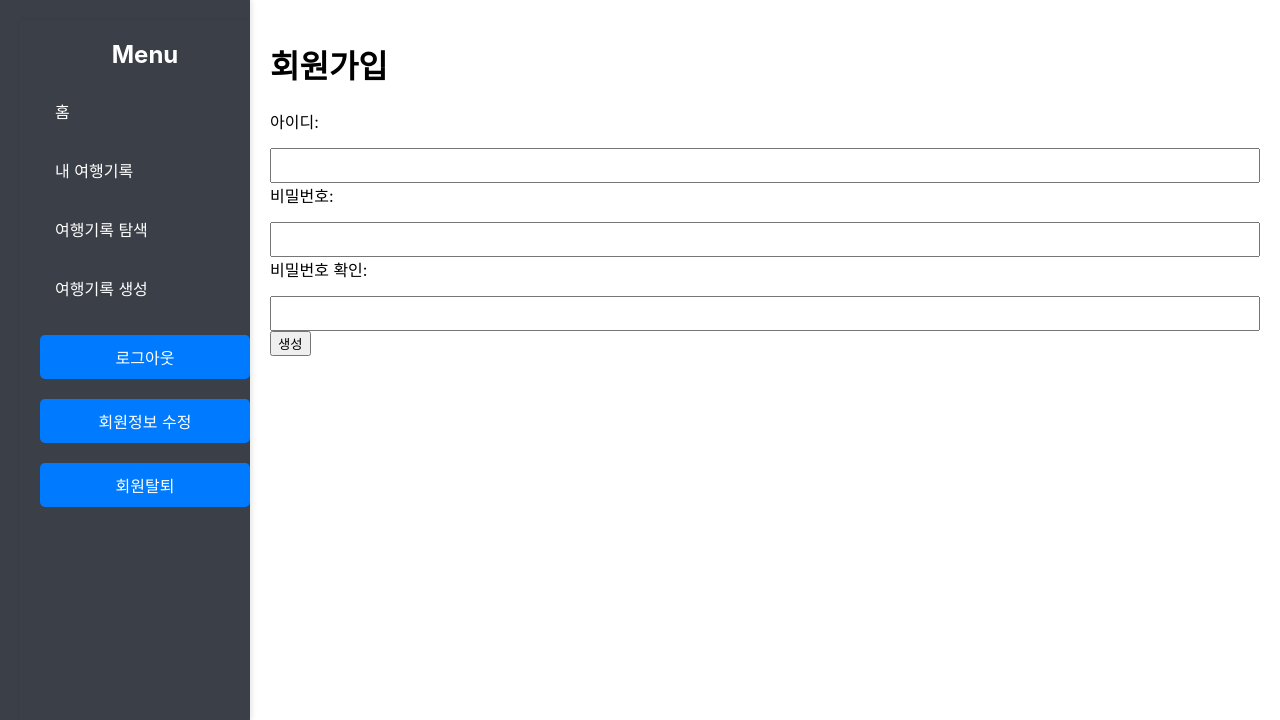
Repository: gimm5550/frontend2
Page: /register
These files come from the project's save history. The page is drawn as it stood at one moment and after the next save; the edit follows.
The browser window is 1280 px wide. The pictures show the whole page.
The project was rebuilt for these pictures with package versions that can differ from the ones it lists, and the page was loaded fresh each time. Also part of the build but not shown: src/url.js, src/components/common/KakaoLoginButton.js, src/components/FromServer.js, src/components/common/Footer.js, src/components/common/Header.js, src/components/layout/LandingPageLayout.js, src/components/LoginForm.js, src/components/layout/LoginFormLayout.js and 22 more.

Above is the page before, as saved 2024-11-20 17:38:05.

After the next save:
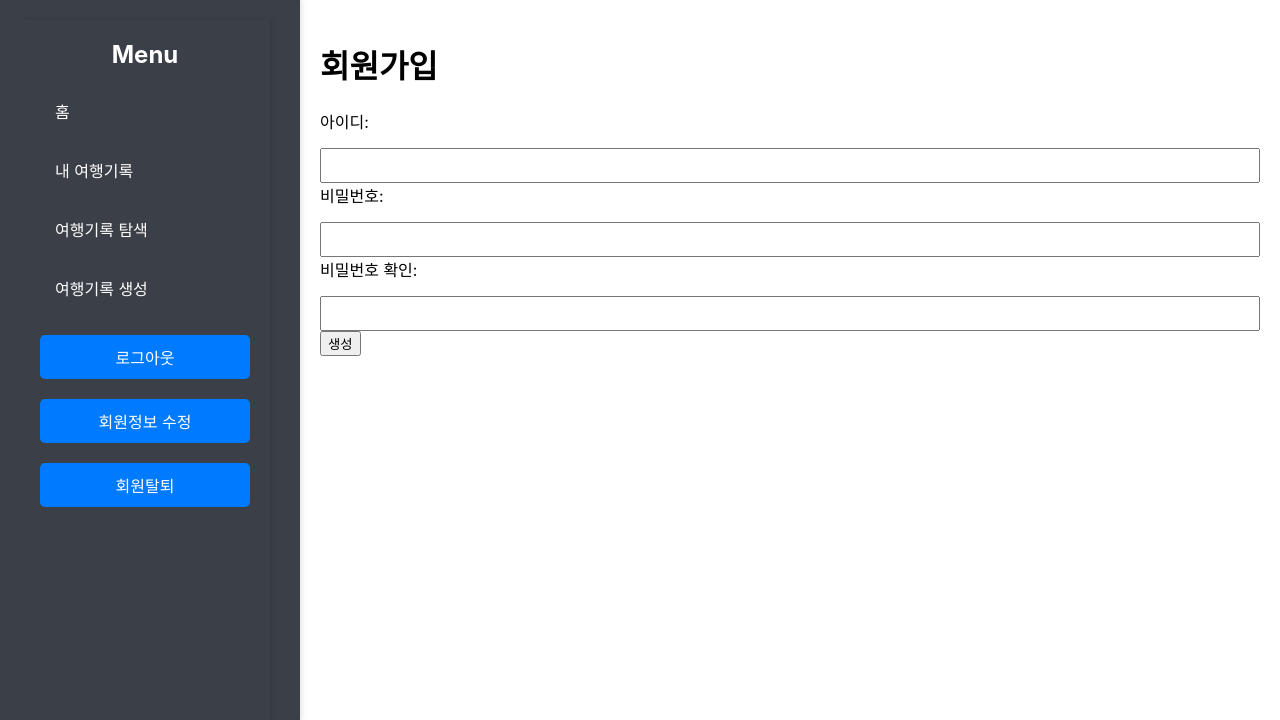
Saved 5 s later.
--- a/src/App.js
+++ b/src/App.js
@@ -33,7 +33,7 @@ function App() {
         <div className="layout">
           <div class="menu-bar" style={{
     display: isLoginPage ? 'none' : 'block', // 로그인 페이지에서는 완전히 숨김
-    width: isLoginPage ? '0' : '250px',
+    width: isLoginPage ? '0' : '300px',
   }}>
             <MenuBar></MenuBar>
           </div>
